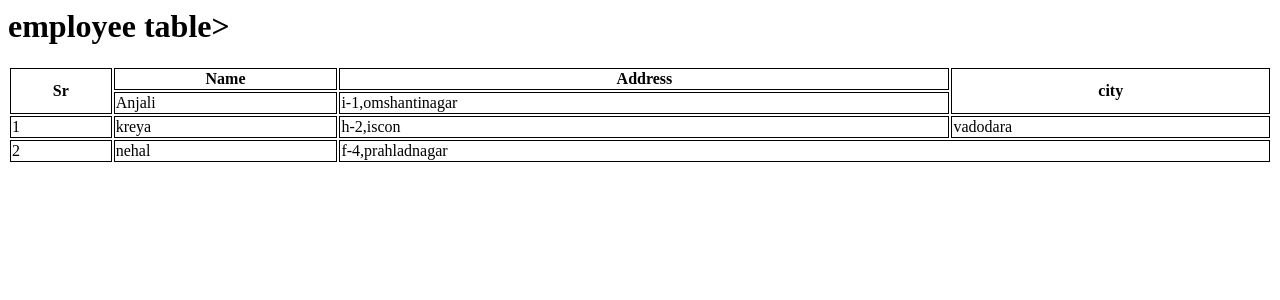
Repository: pratixa-chauhan/practice
Page: style/table3.html
The author's editor kept a copy of each file at every save. The page is drawn from the files as they stood at one save, then again after the next save.
The browser window is 1280 px wide. The pictures show the whole page.

Above is the page before, as saved 2021-12-16 18:01:43.

### style/table3.html
<html>
    <style>
        table td,th{
            border:1px solid black;
            font-size:bold;
        }

    </style>
    <h1 rowspan="4">employee table></h1>
    <table style="width: 100%">
    <tr>

        <th rowspan="2">Sr</th>
        <th>Name</th>
        <th>Address</th>
        <th rowspan="2">city</th>

    </tr>
    <tr>

        <td>Anjali</td>
        <td>i-1,omshantinagar</td>


        <tr>
            <td>1</td>
            <td>kreya</td>
            <td>h-2,iscon</td>
            <td>
               vadodara
            </td>
        </tr>
        <td>
            2
        </td>
        <td>
            nehal
        </td>
        <td colspan="2">
            f-4,prahladnagar

        </td>

    </tr>
    </table>


</html>

After the next save:
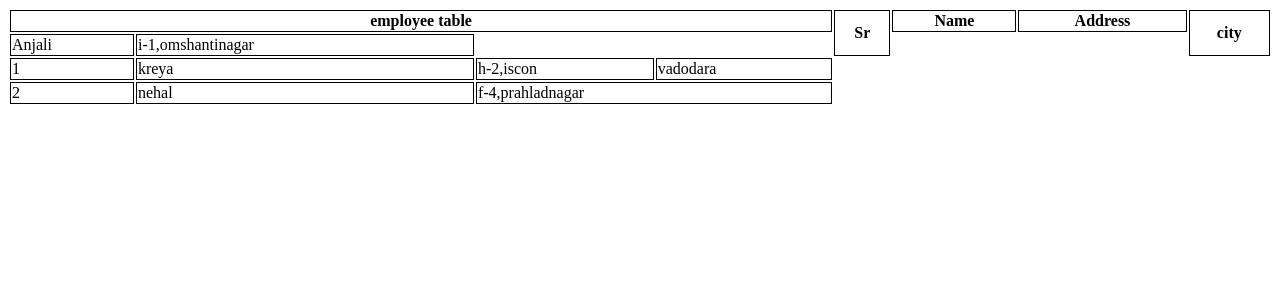
Saved 2 min 33 s later.
--- a/style/table3.html
+++ b/style/table3.html
@@ -6,10 +6,10 @@
         }
 
     </style>
-    <h1 rowspan="4">employee table></h1>
+
     <table style="width: 100%">
     <tr>
-
+        <th  colspan="4">employee table</th>
         <th rowspan="2">Sr</th>
         <th>Name</th>
         <th>Address</th>
